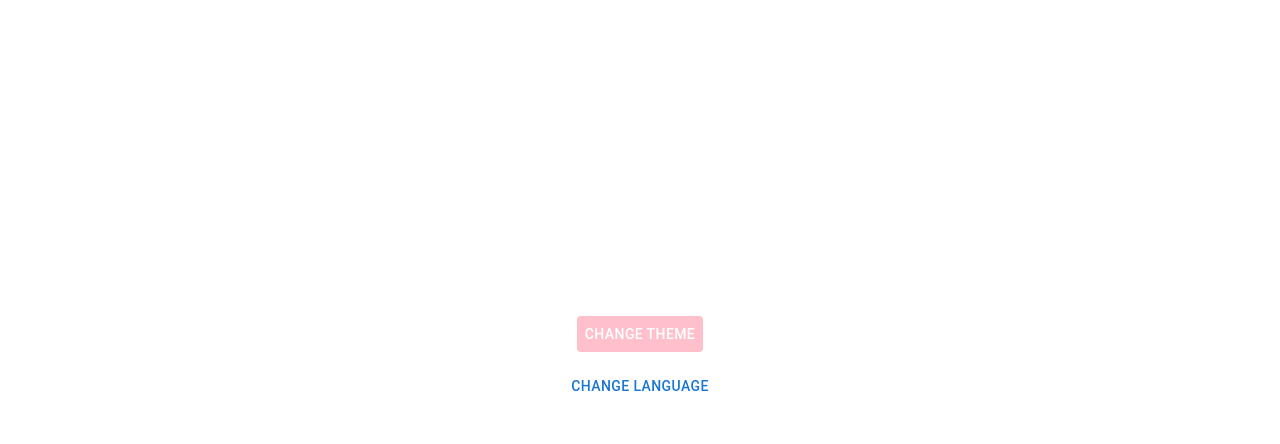
Repository: savannaaaas/contextLanguageTheme
Page: /
These files come from the project's save history. The page is drawn as it stood at one moment and after the next save; the edit follows.
The browser window is 1280 px wide. The pictures show the whole page.
The project was rebuilt for these pictures with package versions that can differ from the ones it lists, and the page was loaded fresh each time. Also part of the build but not shown: vite.config.js.

Above is the page before, as saved 2025-07-11 17:25:28.

### src/main.jsx
import { StrictMode } from "react";
import { createRoot } from "react-dom/client";
import App from "./App.jsx";
import { MasterProvider } from "./providers/MasterProvider.jsx";

createRoot(document.getElementById("root")).render(
  <StrictMode>
    <MasterProvider>
      <App />
    </MasterProvider>
  </StrictMode>
);

### src/App.jsx
import { useContext } from "react";
import { ThemeContext } from "./providers/ThemeContext";
import { ControlsPanel } from "./components/ControlsPanel";
import { Header } from "./components/Header";
import "./App.css";
function App() {
  const { theme } = useContext(ThemeContext);

  const themeStyle = {
    backgroundColor: theme === "light" ? "#fff" : "black",
    height: "100vh",
    display: "flex", // Flex-контейнер
    flexDirection: "column",
    justifyContent: "center",
    alignItems: "center",
    gap: "1em",
  };
  return (
    <div style={themeStyle}>
      <Header />
      <ControlsPanel />
    </div>
  );
}

export default App;

### src/providers/MasterProvider.jsx
import ThemeProvider from "./ThemeContext";
import LanguageProvider from "./LanguageContext";

export const MasterProvider = ({ children }) => {
  return (
    <ThemeProvider>
      <LanguageProvider>{children}</LanguageProvider>
    </ThemeProvider>
  );
};

### src/providers/ThemeContext.jsx
import { createContext, useCallback, useState } from "react";
export const ThemeContext = createContext(null);
const ThemeProvider = ({ children }) => {
  const [theme, setTheme] = useState("light");
  const toggleTheme = useCallback(() => {
    setTheme((theme) => (theme === "light" ? "dark" : "light"));
  }, [setTheme]);
  return (
    <ThemeContext.Provider value={{ theme, setTheme, toggleTheme }}>
      {children}
    </ThemeContext.Provider>
  );
};
export default ThemeProvider;

### src/components/ControlsPanel.jsx
import { useContext } from "react";
import { ThemeContext } from "../providers/ThemeContext";
import { LanguageContext } from "../providers/LanguageContext";
import Button from "@mui/material/Button";
export const ControlsPanel = () => {
  const { toggleTheme } = useContext(ThemeContext);
  const { toggleLanguage } = useContext(LanguageContext);
  return (
    <>
      <Button
        onClick={toggleTheme}
        style={{ backgroundColor: "pink", color: "#fff" }}
      >
        Change theme
      </Button>
      <Button onClick={() => toggleLanguage()}>Change language</Button>
    </>
  );
};

### src/components/Header.jsx
export const Header = () => {
  return;
};

### src/App.css
html, body, #root {
 height: 100%;
  margin: 0;
  padding: 0;
  text-align: center;
}

### src/providers/LanguageContext.jsx
import { createContext, useState } from "react";
export const LanguageContext = createContext(null);

const LanguageProvider = ({ children }) => {
  const [language, setLanguage] = useState("en");
  const toggleLanguage = () => {
    setLanguage((language) => (language === "en" ? "ru" : "en"));
  };
  return (
    <LanguageContext.Provider value={{ language, setLanguage, toggleLanguage }}>
      {children}
    </LanguageContext.Provider>
  );
};
export default LanguageProvider;

Loaded but not shown: index.html (common file)

After the next save:
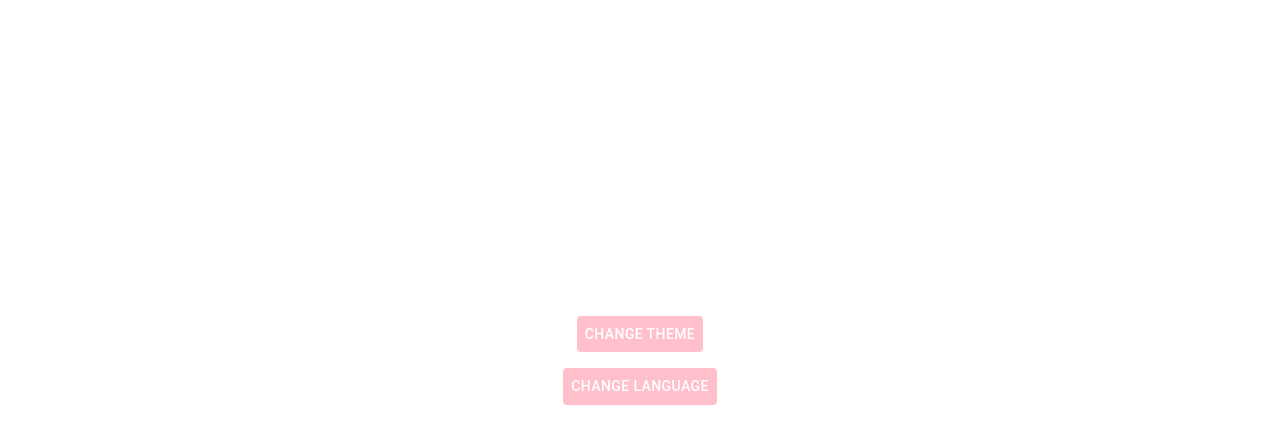
Saved 18 s later.
--- a/src/components/ControlsPanel.jsx
+++ b/src/components/ControlsPanel.jsx
@@ -13,7 +13,12 @@ export const ControlsPanel = () => {
       >
         Change theme
       </Button>
-      <Button onClick={() => toggleLanguage()}>Change language</Button>
+      <Button
+        onClick={() => toggleLanguage()}
+        style={{ backgroundColor: "pink", color: "#fff" }}
+      >
+        Change language
+      </Button>
     </>
   );
 };
